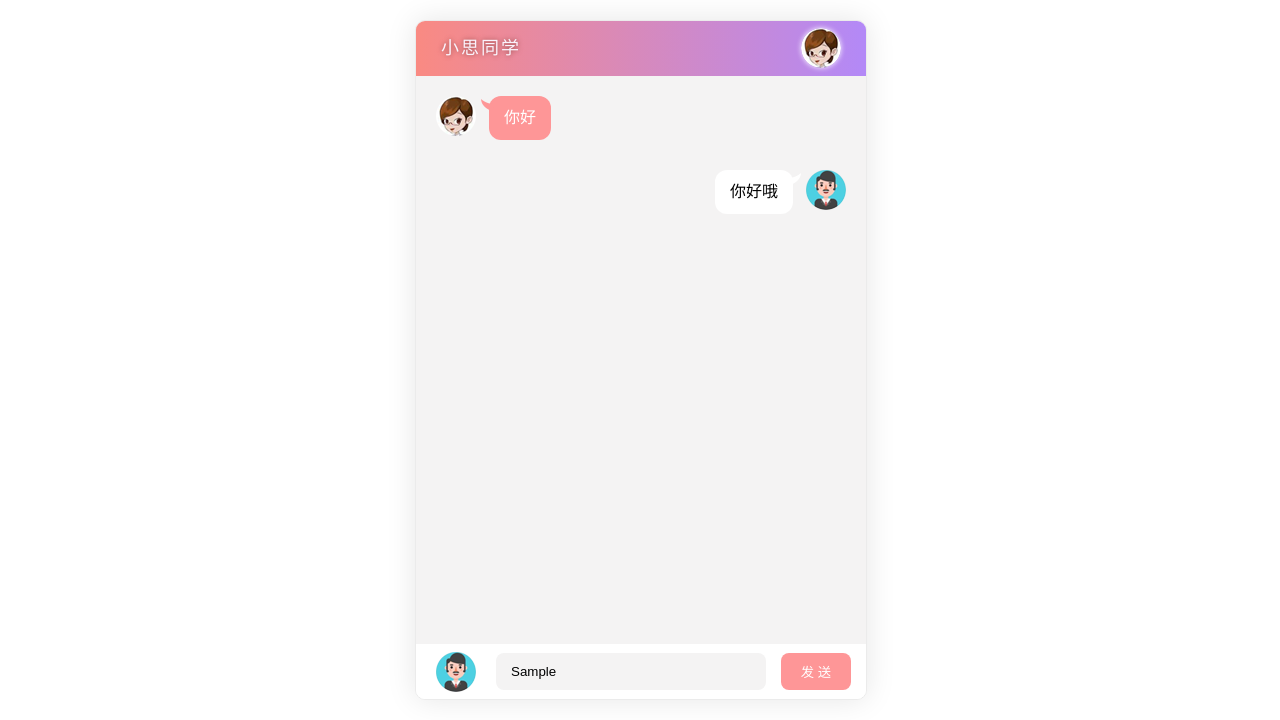
Repository: Bluesouls/eliauk.github.io
Page: Ajax学习笔记/day01/code/聊天机器人/聊天机器人.html
These files come from the project's save history. The page is drawn as it stood at one moment and after the next save; the edit follows.
The browser window is 1280 px wide. The pictures show the whole page.
Empty fields were first filled with sample values (such as "Sample", 5 or name@example.com).
After loading, the first visible `#btnsend` was clicked once.

Above is the page before, as saved 2022-04-29 17:03:04.
Console error: TypeError: $(...).trim is not a function

### Ajax学习笔记/day01/code/聊天机器人/聊天机器人.html
 <!DOCTYPE html>
 <html lang="en">

 <head>
   <meta charset="UTF-8" />
   <meta name="viewport" content="width=device-width, initial-scale=1.0" />
   <meta http-equiv="X-UA-Compatible" content="ie=edge" />
   <link rel="stylesheet" href="css/reset.css" />
   <link rel="stylesheet" href="css/main.css" />
   <script type="text/javascript" src="js/jquery-1.12.4.min.js"></script>
   <script type="text/javascript" src="js/jquery-ui.min.js"></script>
   <script type="text/javascript" src="js/jquery.mousewheel.js"></script>
   <title>聊天机器人</title>
 </head>

 <body>
   <div class="wrap">
     <!-- 头部 Header 区域 -->
     <div class="header">
       <h3>小思同学</h3>
       <img src="img/person01.png" alt="icon" />
     </div>
     <!-- 中间 聊天内容区域 -->
     <div class="main">
       <ul class="talk_list" style="top: 0px;" id="talk_list">
         <li class="left_word">
           <img src="img/person01.png" /> <span>你好</span>
         </li>
         <li class="right_word">
           <img src="img/person02.png" /> <span>你好哦</span>
         </li>
       </ul>
       <div class="drag_bar" style="display: none;">
         <div class="drager ui-draggable ui-draggable-handle" style="display: none; height: 412.628px;"></div>
       </div>
     </div>
     <!-- 底部 消息编辑区域 -->
     <div class="footer">
       <img src="img/person02.png" alt="icon" />
       <input type="text" placeholder="说的什么吧..." class="input_txt" id="content" />
       <input type="button" value="发 送" class="input_sub" id="btnsend" />
     </div>
   </div>
   <script type="text/javascript" src="js/scroll.js"></script>
   <script src="./js/chat.js"></script>
 </body>

 </html>

### Ajax学习笔记/day01/code/聊天机器人/css/main.css
body {
    font-family: 'Microsoft YaHei';
}
.wrap {
    position: fixed;
    width: 450px;
    left: 50%;
    margin-left: -225px;
    top: 20px;
    bottom: 20px;
    border: 1px solid #ebebeb;
    background-color: #fff;
    border-radius: 10px;
    box-shadow: 0 0 30px rgba(0, 0, 0, 0.1);
    overflow: hidden;
}
.header {
    height: 55px;
    background: linear-gradient(90deg, rgba(246, 60, 47, 0.6), rgba(128, 58, 242, 0.6));
    overflow: hidden;
}
.header h3 {
    color: #faf3fc;
    line-height: 55px;
    font-weight: normal;
    float: left;
    letter-spacing: 2px;
    margin-left: 25px;
    font-size: 18px;
    text-shadow: 0px 0px 5px #944846;
}
.header img {
    float: right;
    margin: 7px 25px 0 0;
    border-radius: 20px;
    box-shadow: 0 0 5px #f7f2fe;
}
.main {
    position: absolute;
    left: 0;
    right: 0;
    top: 55px;
    bottom: 55px;
    background-color: #f4f3f3;
    box-sizing: border-box;
    padding: 10px 0;
    overflow:hidden;
}
.talk_list{
    position: absolute;
    width:100%;
    left:0px;
    top:0px;
}
.talk_list li {
    overflow: hidden;
    margin: 20px 0px 30px;
}
.talk_list .left_word img {
    float: left;
    margin-left: 20px;
}
.talk_list .left_word span {
    float: left;
    background-color: #fe9697;
    padding: 10px 15px;
    max-width: 290px;
    border-radius: 12px;
    font-size: 16px;
    color: #fff;
    margin-left: 13px;
    position: relative;
    line-height: 24px;
}
.talk_list .left_word span:before {
    content: '';
    position: absolute;
    left: -8px;
    top: 3px;
    width: 13px;
    height: 12px;
    background: url('../img/corner01.png') no-repeat;
}
.talk_list .right_word img {
    float: right;
    margin-right: 20px;
}
.talk_list .right_word span {
    float: right;
    background-color: #fff;
    padding: 10px 15px;
    max-width: 290px;
    border-radius: 12px;
    font-size: 16px;
    color: #000;
    margin-right: 13px;
    position: relative;
    line-height: 24px;
}
.talk_list .right_word span:before {
    content: '';
    position: absolute;
    right: -8px;
    top: 3px;
    width: 13px;
    height: 12px;
    background: url('../img/corner02.png') no-repeat;
}
.drag_bar{
    position:absolute;
    right:0px;
    top:0px;
    background-color: #fff;
    height:100%;
    width:6px;
    box-sizing:border-box;
    border-bottom:1px solid #f4f3f3;
}
.drager{
    position:absolute;
    left:0px;
    top:0px;
    background-color: #cdcdcd;
    height:100px;
    width:6px;
    border-radius:3px;
    cursor: pointer;
}

.footer{
    width:100%;
    height: 55px;
    left:0px;
    bottom:0px;
    background-color:#fff;
    position: absolute;
}

.footer img{
    float: left;
    margin:8px 0 0 20px;
}

.input_txt{
    float: left;
    width:270px;
    height:37px;
    border:0px;
    background-color: #f4f3f3;
    margin:9px 0 0 20px;
    border-radius:8px;
    padding:0px;
    outline:none;
    text-indent:15px;
}
.input_sub{
    float: left;
    width:70px;
    height:37px;
    border:0px;
    background-color: #fe9697;
    margin:9px 0 0 15px;
    border-radius:8px;
    padding:0px;
    outline:none;
    color:#fff;
    cursor: pointer;
}

### Ajax学习笔记/day01/code/聊天机器人/js/scroll.js
$(function () {
    var $main = $('.main');
    var $list = $('.talk_list');
    var $drager = $('.drager');
    var $mainh = $main.outerHeight(false);
    var $listh = $list.outerHeight(false);

    var $rate = $mainh / $listh;
    var $dragh = $mainh * $rate;
    var $top = 0;
    $drager.css({ 'height': $dragh });

    $drager.draggable({
        containment: "parent",
        drag: function (ev, ui) {
            $top = ui.position.top;
            $list.css({ 'top': -$top / $rate });
        }
    });

    $(window).resize(function () {
        resetui();
    });

    //var timer = null;
    var flag = false;

    $main.mousewheel(function(ev,delta){
        //console.log(delta);
        //clearTimeout(timer);
        //timer = setTimeout(function(){
            // 向上滚动正值，向下滚动负值
        if(flag){
            return;
        }

        flag = true;

        setTimeout(function(){
            flag = false;
        },300);

        if($listh <= $mainh){
            return;
        }else{
            if(delta>0){
                $top = $top-60;
                if($top<0){
                    $top=0;
                }
                $drager.animate({ 'top': $top },200);
                $list.animate({ 'top': -$top / $rate },200);
            }else{
                $top = $top+60;
                if($top>($mainh-$dragh)){
                    $top=parseInt($mainh-$dragh);
                }
                $drager.animate({ 'top': $top },200);
                $list.animate({ 'top': -parseInt($top / $rate) },200);
            }
        }

        //},300);
    });
    if ($listh <= $mainh) {
        $('.drag_bar').hide();
        $('.drager').hide();
    }

    function resetui(){
        $mainh = $main.outerHeight(false);
        $listh = $list.outerHeight(false);
        $rate = $mainh / $listh;
        $dragh = $mainh * $rate;
        $drager.css({ 'height': $dragh });

        if ($listh <= $mainh) {
            $('.drag_bar').hide();
            $drager.hide();
            $list.css({ 'top':0 });
        } else {
            $('.drag_bar').show();
            $drager.show();
            $drager.css({ 'top': $mainh-$dragh });
            $list.css({ 'top': -($listh-$mainh) });
        }
    }

    window.resetui = resetui;
})

### Ajax学习笔记/day01/code/聊天机器人/js/chat.js
$(function () {
  // 初始化右侧滚动条
  // 这个方法定义在scroll.js中
  resetui()

  $('#btnsend').click(function () {
    // alert('123')
    var content = $('#content').trim()
    $('#talk_list').append('<li class="right_word"><img src="img/person02.png" /> <span>' +
      content.val() + '</span+></li>')
    content.val('')
  })
})

Loaded but not shown: Ajax学习笔记/day01/code/聊天机器人/css/reset.css (common file); Ajax学习笔记/day01/code/聊天机器人/js/jquery-1.12.4.min.js (library); Ajax学习笔记/day01/code/聊天机器人/js/jquery-ui.min.js (library); Ajax学习笔记/day01/code/聊天机器人/js/jquery.mousewheel.js (library)

After the next save:
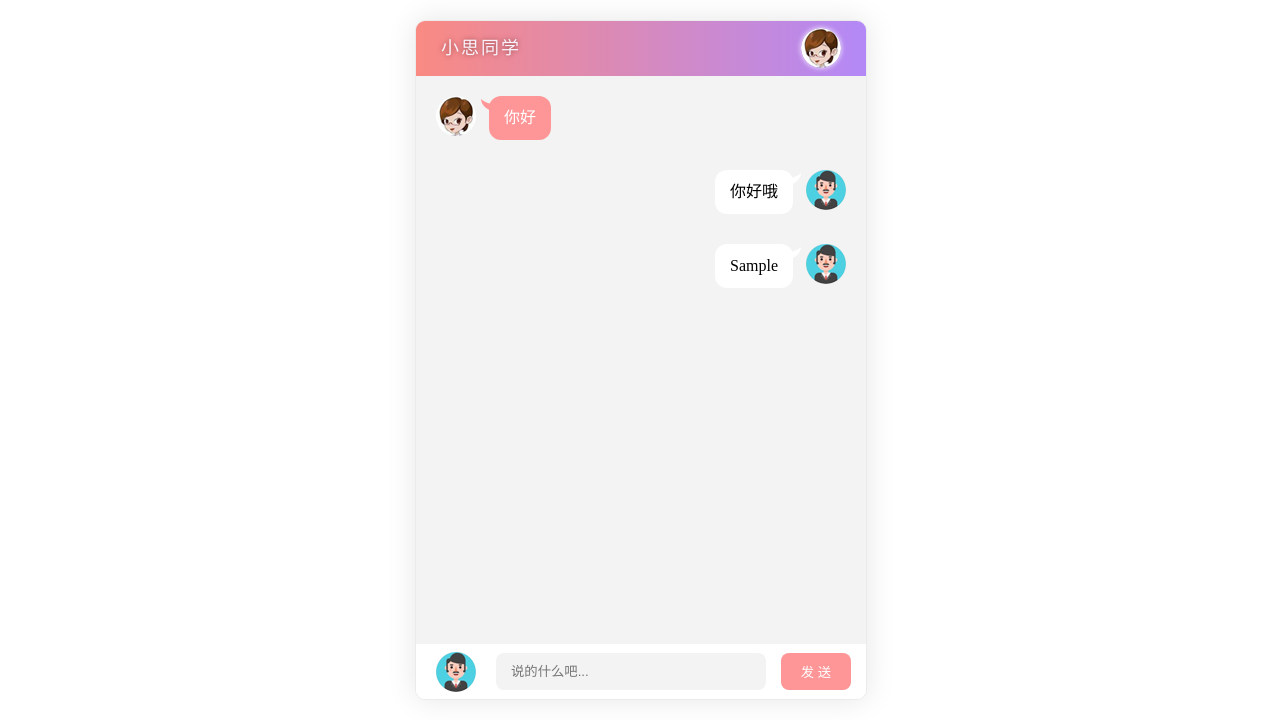
The error is gone.
Saved 29 s later.
--- a/Ajax学习笔记/day01/code/聊天机器人/js/chat.js
+++ b/Ajax学习笔记/day01/code/聊天机器人/js/chat.js
@@ -5,7 +5,7 @@ $(function () {
 
   $('#btnsend').click(function () {
     // alert('123')
-    var content = $('#content').trim()
+    var content = $('#content')
     $('#talk_list').append('<li class="right_word"><img src="img/person02.png" /> <span>' +
       content.val() + '</span+></li>')
     content.val('')
